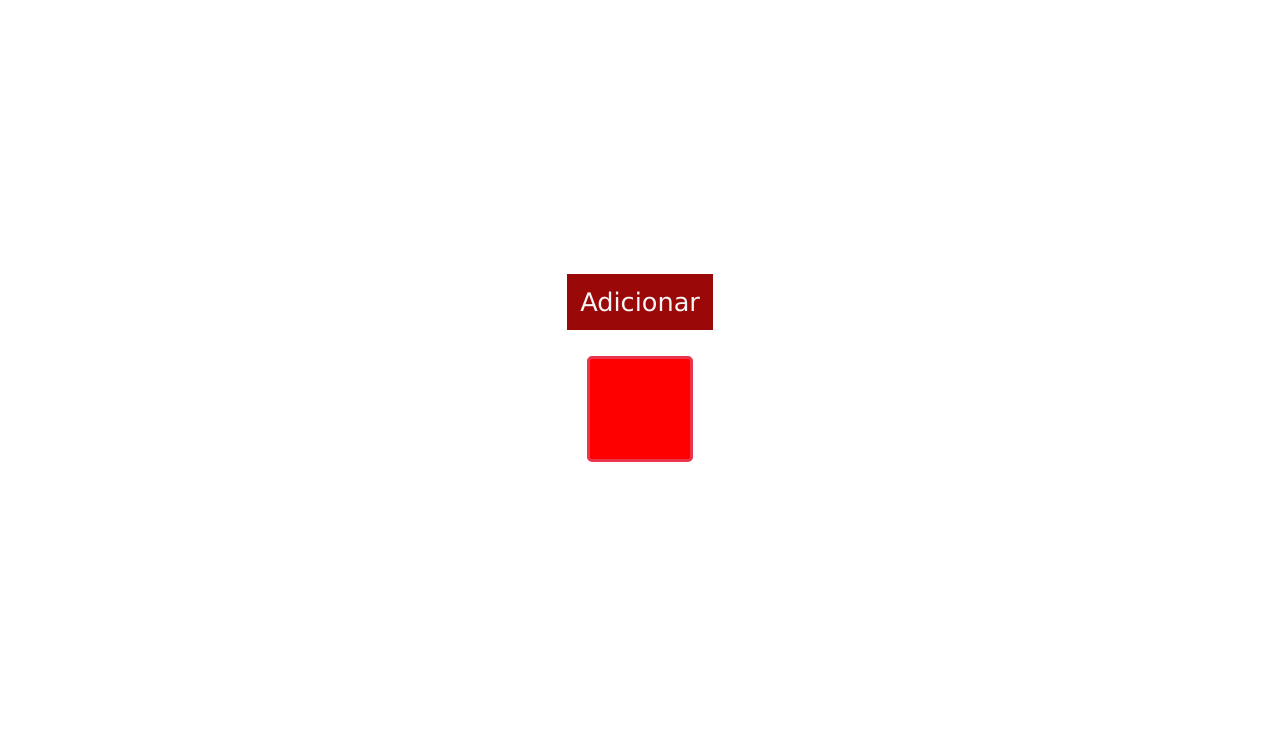
Repository: Orifiel/teste
Page: desafioMod2/desafioJavascript0201.html
These files come from the project's save history. The page is drawn as it stood at one moment and after the next save; the edit follows.
The browser window is 1280 px wide. The pictures show the whole page.

Above is the page before, as saved 2020-08-12 15:17:23.

### desafioMod2/desafioJavascript0201.html
<!--
1º exercício
Crie um botão que ao ser clicado cria um novo elemento em tela com a forma de um quadrado
vermelho com 100px de altura e largura. Sempre que o botão for clicado um novo quadrado deve
aparecer na tela.
-->
<!DOCTYPE html>
<html lang="en">
<head>
    <meta charset="UTF-8">
    <meta name="viewport" content="width=device-width, initial-scale=1.0">
    <link rel="text" href="./desafioJavascript0201.js">
    <title>Document</title>
</head>
<body>
    <style>

        .button-container{
            height: 100vh;
            display: flex;
            justify-content: center;
            align-items: center;
            flex-direction: column;
        }

        .button-container .getsquadred {
            font-size: 1.6rem;
            padding: 0.8rem;
            margin-bottom: 1.6rem;
            border: 0;
            background-color: rgb(155, 8, 8);
            color: whitesmoke;
            font-family: verdana;
        }

        .container-squads {
            width: 100px;
            height: 100px;
            background-color: red;
            border: 3px solid #eb354d;
            border-radius: 5px;
        }

    </style>
    <div class="button-container">
     <button class="getsquadred" onclick="">Adicionar</button>


        <div class="container-squads">

        </div>
    </div>
</body>
</html>

After the next save:
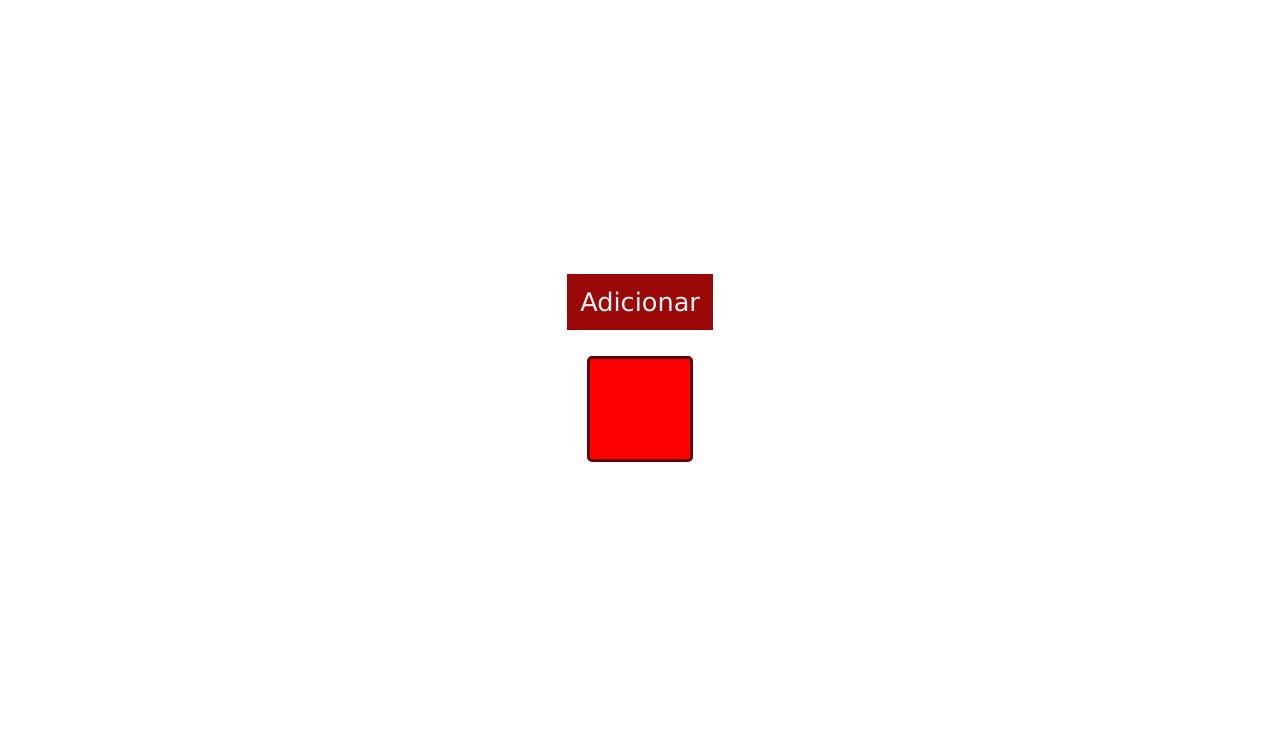
Saved 9 s later.
--- a/desafioMod2/desafioJavascript0201.html
+++ b/desafioMod2/desafioJavascript0201.html
@@ -37,7 +37,7 @@ aparecer na tela.
             width: 100px;
             height: 100px;
             background-color: red;
-            border: 3px solid #eb354d;
+            border: 3px solid #5a0511;
             border-radius: 5px;
         }
 
